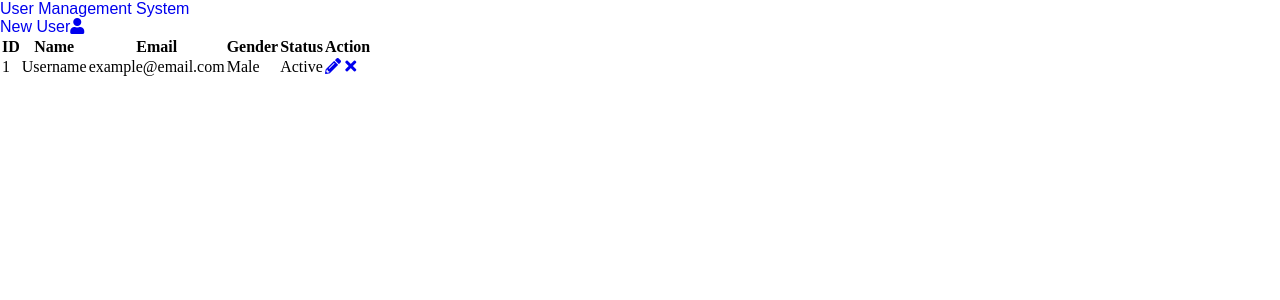
Repository: neeteshraj/CRUD
Page: views/index.html
These files come from the project's save history. The page is drawn as it stood at one moment and after the next save; the edit follows.
The browser window is 1280 px wide. The pictures show the whole page.
Some web fonts or font styles are not loaded; a fallback is used.

Above is the page before, as saved 2021-01-08 18:47:55.

### views/index.html
<!DOCTYPE html>
<!--[if lt IE 7]>      <html class="no-js lt-ie9 lt-ie8 lt-ie7"> <![endif]-->
<!--[if IE 7]>         <html class="no-js lt-ie9 lt-ie8"> <![endif]-->
<!--[if IE 8]>         <html class="no-js lt-ie9"> <![endif]-->
<!--[if gt IE 8]>      <html class="no-js"> <![endif]-->
<html>

<head>
    <meta charset="utf-8">
    <meta http-equiv="X-UA-Compatible" content="IE=edge">
    <title>CRUD APPLICATION</title>
    <meta name="description" content="">
    <meta name="viewport" content="width=device-width, initial-scale=1">
    <link rel="stylesheet" href="../assets/css/style.css">
    <link rel="stylesheet" href="https://cdnjs.cloudflare.com/ajax/libs/font-awesome/5.15.1/css/all.min.css" integrity="sha512-+4zCK9k+qNFUR5X+cKL9EIR+ZOhtIloNl9GIKS57V1MyNsYpYcUrUeQc9vNfzsWfV28IaLL3i96P9sdNyeRssA==" crossorigin="anonymous" />
</head>

<body>
    <!--[if lt IE 7]>
            <p class="browsehappy">You are using an <strong>outdated</strong> browser. Please <a href="#">upgrade your browser</a> to improve your experience.</p>
        <![endif]-->

    <script src="" async defer></script>
    <!--header-->
    <header id="header">
        <nav>
            <div class="container">
                <div class="text-center">
                    <a href="/" class="nav-brand text-dark">User Management System</a>
                </div>
            </div>
        </nav>
    </header>
    <!--/header-->

    <!--main section-->
    <main id="site-main">
        <div class="container">
            <div class="box-nav d-flex-justify-between">
                <a href="/add-user" class="border-shadow">
                    <span class="text-gradient">New User<i class="fas fa-user"></i></span>
                </a>
            </div>
            <!--form handling-->
            <form action="/" method="POST">
                <table class="table">
                    <thead class="thead-dark">
                        <tr>
                            <th>ID</th>
                            <th>Name</th>
                            <th>Email</th>
                            <th>Gender</th>
                            <th>Status</th>
                            <th>Action</th>
                        </tr>
                    </thead>
                    <tbody>
                        <tr>
                            <td>1</td>
                            <td>Username</td>
                            <td>example@email.com</td>
                            <td>Male</td>
                            <td>Active</td>
                            <td>
                                <a href="#" class="btn border-shadow update">
                                    <span class="text-gradient"><i class="fas fa-pencil-alt"></i></span>
                                </a>
                                <a href="#" class="btn border-shadow delete">
                                    <span class="text-gradient"><i class="fas fa-times"></i></span>
                                </a>
                            </td>

                        </tr>
                    </tbody>

                </table>
            </form>
            <!--form handling-->
        </div>
    </main>
    <!--/main section-->
</body>

</html>

### assets/css/style.css
@import url('https://fonts.googleapis.com/css2?family=Barlow&family=PT+Sans&display=swap');
:root {
    --dark: #2b2d42;
    --light: #adb5db;
    --border: #dee2e6;
    --border-btn: #edf2f4;
}

* {
    padding: 0;
    margin: 0;
    box-sizing: border-box;
}

a {
    text-decoration: none;
    font-family: 'PT Sans', sans-serif;
}

After the next save:
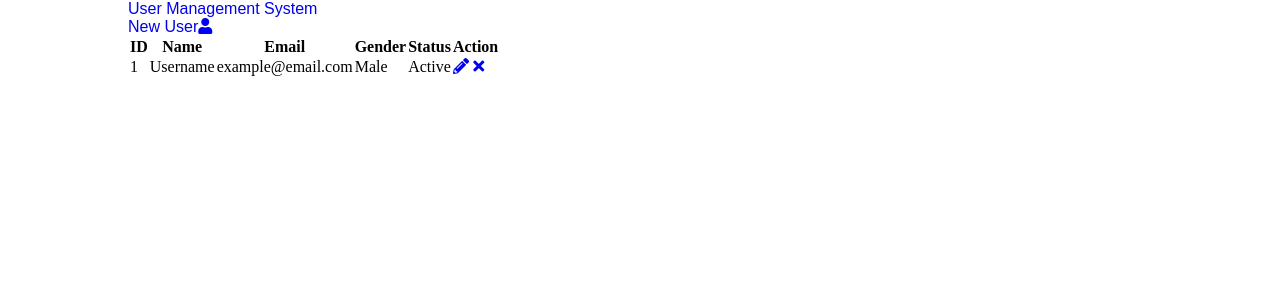
Saved 59 s later.
--- a/assets/css/style.css
+++ b/assets/css/style.css
@@ -16,3 +16,8 @@ a {
     text-decoration: none;
     font-family: 'PT Sans', sans-serif;
 }
+
+.container {
+    max-width: 1024px;
+    margin: auto;
+}
